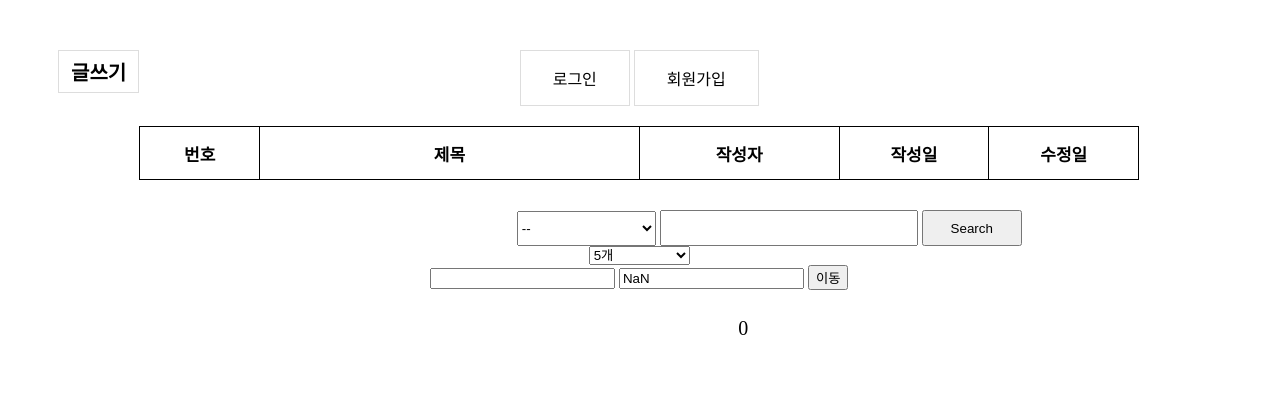
Repository: Shim-YoungDo/gaea-study
Page: http://localhost/study/WEB-INF/views/board/list.jsp
These files come from the project's save history. The page is drawn as it stood at one moment and after the next save; the edit follows.
The browser window is 1280 px wide. The pictures show the whole page.
The page is served by Tomcat 9. Nobody is signed in. Other server files are loaded and not shown. The template is opened directly, without the code that normally fills it, so the values that code supplies are empty.

Above is the page before, as saved 2021-12-13 06:12:01.

### study/src/main/webapp/WEB-INF/views/board/list.jsp
<%@ page language="java" contentType="text/html; charset=UTF-8"
	pageEncoding="UTF-8"%>
<%@ taglib uri="http://java.sun.com/jsp/jstl/core" prefix="c"%>
<%@ taglib prefix="fmt" uri="http://java.sun.com/jsp/jstl/fmt"%>
<!DOCTYPE html>
<html>
<head>
<meta charset="UTF-8">
<title>Insert title here</title>
<link rel="stylesheet" href="/resources/css/board/list.css">
<script src="https://code.jquery.com/jquery-3.4.1.js"
	integrity="sha256-WpOohJOqMqqyKL9FccASB9O0KwACQJpFTUBLTYOVvVU="
	crossorigin="anonymous"></script>
</head>
<body>
	<div class="table_wrap">
		<a href="/board/registeView" class="enroll_btn">글쓰기</a>
		<div class="login_area">
		<!-- 로그인 x -->
		<c:if test="${member==null}">
		<div class="login_button"><a href="/member/login">로그인</a></div>
		<span><a href="/member/join">회원가입</a></span>
		</c:if>

		<!-- 로그인 o -->
		<c:if test="${member != null}">
		<div class="login_success_area">
			<span>이름:${member.memberName}</span>
			<span>아이디:${member.memberID}</span>
			<a href="/member/logout">로그아웃</a>
		</div>
		</c:if>

		<table>
			<thead>
				<tr>
					<th class="bno_width">번호</th>
					<th class="title_width">제목</th>
					<th class="writer_width">작성자</th>
					<th class="regdate_width">작성일</th>
					<th class="updatedate_width">수정일</th>
				</tr>
			</thead>
			<c:forEach items="${list}" var="list">
				<tr>
					<td><c:out value="${list.boardNumber}" /></td>
					<td>
						<a class="move" href='<c:out value="${list.boardNumber}"/>'>
							<c:out value="${list.boardTitle}" />
						</a>
					</td>
					<td>
						<c:out value="${list.boardWriter}" />
					</td>
					<td>
						<fmt:formatDate pattern="yyyy/MM/dd"
							value="${list.boardRegistrationDate}" />
					</td>
					<td>
						<fmt:formatDate pattern="yyyy/MM/dd"
							value="${list.boardUpdateDate}" />
					</td>
				</tr>
			</c:forEach>
		</table>

		<div class="search_wrap">
			<div class="search_area">
				<select name="type">
                <option value="" <c:out value="${pageMake.cri.type == null?'selected':'' }"/>>--</option>
                <option value="T" <c:out value="${pageMake.cri.type eq 'T'?'selected':'' }"/>>제목</option>
                <option value="C" <c:out value="${pageMake.cri.type eq 'C'?'selected':'' }"/>>내용</option>
                <option value="W" <c:out value="${pageMake.cri.type eq 'W'?'selected':'' }"/>>작성자</option>
                <option value="TC" <c:out value="${pageMake.cri.type eq 'TC'?'selected':'' }"/>>제목 + 내용</option>
                <option value="TW" <c:out value="${pageMake.cri.type eq 'TW'?'selected':'' }"/>>제목 + 작성자</option>
                <option value="TCW" <c:out value="${pageMake.cri.type eq 'TCW'?'selected':'' }"/>>제목 + 내용 + 작성자</option>
            </select>
				<input type="text" name="keyword" value="${pageMake.cri.keyword}">
				<button>Search</button>
			</div>
		</div>

		<div class="amount_wrap">
			<div class="amount_area">

					<select name="amount" onchange="selectBoxChange(this.value);">
						<option value="" disabled >=== 선택 ===</option>
						<option value=5 <c:out value="${pageMake.cri.amount == 5?'selected':''}"/>>5개</option>
    					<option value=10 <c:out value="${pageMake.cri.amount == 10?'selected':''}"/>>10개</option>
    					<option value=20 <c:out value="${pageMake.cri.amount == 20?'selected':''}"/>>20개</option>
    					<option value=25 <c:out value="${pageMake.cri.amount == 25?'selected':''}"/>>25개</option>

					</select>

			</div>
		</div>


		<div class="page_select_wrap">
			<div class="page_select_area">
				<input type = "text" pattern="\d" name="pageSelect"<c:out value="${pageMake.cri.pageNum }"/>>
				<input name = "totalPage" readonly="readonly" value = '<c:out value="${pageMake.boardTotal*1/pageMake.cri.amount}"/>'>
				<button>이동</button>
			</div>
		</div>



		<div class="pageInfo_wrap">
			<div class="pageInfo_area">
				<ul id="pageInfo" class="pageInfo">

					<!-- 이전페이지 버튼 -->
					<c:if test="${pageMake.prev}">
						<li class="pageInfo_btn previous"><a href="${pageMake.startPage-1}">이전</a></li>
					</c:if>

					<!-- 각 번호 페이지 버튼 -->
					<c:forEach var="num" begin="${pageMake.startPage}" end="${pageMake.endPage}">
						<li class="pageInfo_btn ${pageMake.cri.pageNum == num ? "active":"" }"><a href="${num}">${num}</a></li>
					</c:forEach>

					<!--
					<form id="pageForm" method="post">
					<select name="amount" id="amount" onchange="selectBoxChange(this.value);">
						<option value="none">=== 선택 ===</option>
						<option value="5">5개</option>
    					<option value="10">10개</option>
    					<option value="20">20개</option>
					</select>
					</form>
					-->

					<!-- 다음페이지 버튼 -->
					<c:if test="${pageMake.next}">
						<li class="pageInfo_btn next"><a href="${pageMake.endPage+1}">다음</a></li>
					</c:if>
				</ul>
			</div>
		</div>

		<form id="moveForm" method="get">
			<input type="hidden" name="pageNum" value="${pageMake.cri.pageNum}">
			<input type="hidden" name="amount" value="${pageMake.cri.amount}">
			<input type="hidden" name="keyword" value="${pageMake.cri.keyword}">
			<input type="hidden" name="type" value="${pageMake.cri.type}">

		</form>
	</div>
</div>
	<script>
		let moveForm = $("#moveForm");
		let pageForm = $("#pageForm");

		$(".move").on("click", function(e) {
			e.preventDefault();
			moveForm.append("<input type='hidden' name='boardNumber' value='"
					+ $(this).attr("href") + "'>"); //<form>내부 boardNumber값을 저장하는 <input>태그 생성
			moveForm.attr("action", "/board/getPage");
			moveForm.submit();
				});

		$(".pageInfo a").on("click", function(e){
			e.preventDefault();
			moveForm.find("input[name='pageNum']").val($(this).attr("href")); //<form>내부 pageNum과 관련된 <input>태그의 value 속성값에 클릭한<a>태그 페이지 번호 삽입
			moveForm.attr("action", "/board/list");
			moveForm.submit();
		});

		/*
		var selectBoxChange = function(value){
			console.log("결과:" +value);
			$.ajax({
				type:"post",
				url:"/board/pageAmount",
				data: "pageAmount=" +value,
				success : function(data){
					alert("성공", +data);
					console.log(data);
				}
			});
		}*/

		/*
		$("#pageForm").change(function(){
			var pageAmount = value;

			$.ajax({
				type:"post",
				url:"/board/pageAmount",
				data: "pageAmount=" +pageAmount,
				success : function(data){
					alert("성공", +data);
					console.log(data);
				}
			});

		});*/


		//검색기능
		$(".search_area button").on("click", function(e){
			e.preventDefault();

			let type = $(".search_area select").val();
			let keyword = $(".search_area input[name='keyword']").val();

			if(!type){
				alert("검색 종류를 선택하세요");
				return false;
			}
			if(!keyword){
				alert("키워드를 입력하세요");
				return false;
			}

			//let val = $("input[name='keyword']").val();
			moveForm.find("input[name='type']").val(type);
			moveForm.find("input[name='keyword']").val(keyword);
			moveForm.find("input[name='pageNum']").val(1);
			moveForm.submit();
		});

		/*
		$("#pageForm").change(function(){
			var pageAmount = value;
			let amount = $(".amount_area select").val();

			pageForm.find("input[name]='amount'").val(amount);
			pageForm.submit();
		});*/

		//화면에 출력될 총 게시글 수 선택
		var selectBoxChange = function(value){

			let amount = $(".amount_area select").val();

			//pageForm.find("input[name]='amount'").val(amount);
			//pageForm.submit();
			moveForm.find("input[name='amount']").val(amount);
			moveForm.find("input[name='pageNum']").val(1);
			moveForm.submit();

			console.log("결과:" +value);
			//alert("성공", +data);
		}

		$(".page_select_area button").on("click",function(){

			let pageNum = $(".page_select_area [name='pageSelect']").val();

			moveForm.find("input[name='pageNum']").val(pageNum);
			moveForm.attr("action", "/board/list");
			moveForm.submit();
		});
	</script>

</body>
</html>

### study/src/main/webapp/resources/css/board/list.css
@charset "UTF-8";
a{
  	text-decoration : none;
  }
  table{
 	border-collapse: collapse;
 	width: 1000px;
 	margin-top : 20px;
 	text-align: center;
  }
  td, th{
  	border : 1px solid black;
  	height: 50px;
  }
  th{
  	font-size : 17px;
  }
  thead{
  	font-weight: 700;
  }
  .table_wrap{
  	margin : 50px 0 0 50px;
  }
  .bno_width{
  	width: 12%;
  }
  .writer_width{
  	width: 20%;
  }
  .regdate_width{
  	width: 15%;
  }
  .updatedate_width{
  	width: 15%;
  }
  .enroll_btn{
    float:left;
  	font-size: 20px;
    padding: 6px 12px;
    background-color: #fff;
    border: 1px solid #ddd;
    font-weight: 600;
  }
  .list_btn{
  	float:center;
  	font-size: 20px;
    padding: 6px 12px;
    background-color: #fff;
    border: 1px solid #ddd;
    font-weight: 600;
  }

  .pageInfo{
      list-style : none;
      display: inline-block;
    margin: 20px 0 0 150px;
  }
  .pageInfo li{
      float: left;
    font-size: 20px;
    margin-left: 18px;
    padding: 7px;
    font-weight: 500;
  }
  .login_area{
	height:30%;
	display:inline-block;
	text-align:center;
}
  .login_button{
  	background-color: #ffffff; /* Green */
    border: 1px solid #ddd;
    color: white;
    padding: 15px 32px;
    text-align: center;
    text-decoration: none;
    display: inline-block;
    font-size: 16px;
  }
  .login_area>span{
	background-color: #ffffff; /* Green */
    border: 1px solid #ddd;
    color: white;
    padding: 15px 32px;
    text-align: center;
    text-decoration: none;
    display: inline-block;
    font-size: 16px;
}

/*로그인 성공 영역*/
.login_success_area{
	width:25%;
	height:30%;
	border:2px solid #7474ad;
	border-radius:15px;
	margin:5% auto;
}
.login_success_area>span{
	display:block;
	text-align:left;
	margin-left:10px
}
.login_success_area>a{
    font-size: 15px;
    font-weight: 900;
    display: inline-block;
    margin-top: 5px;
    background: #e1e5e8;
    width: 82px;
    height: 22px;
    line-height: 22px;
    border-radius: 25px;
    color: #606267;
}

.search_area{
    display: inline-block;
    margin-top: 30px;
    margin-left: 260px;
  }
  .search_area input{
      height: 30px;
    width: 250px;
  }
  .search_area button{
     width: 100px;
    height: 36px;
  }

  .search_area select{
  	height:35px;
  }


 a:link {color:black; text-decoration: none;}
 a:visited {color:black; text-decoration: none;}
 a:hover {color:blue; text-decoration: underline;}
 .active{
 	text-decoration:underline;
 }

After the next save:
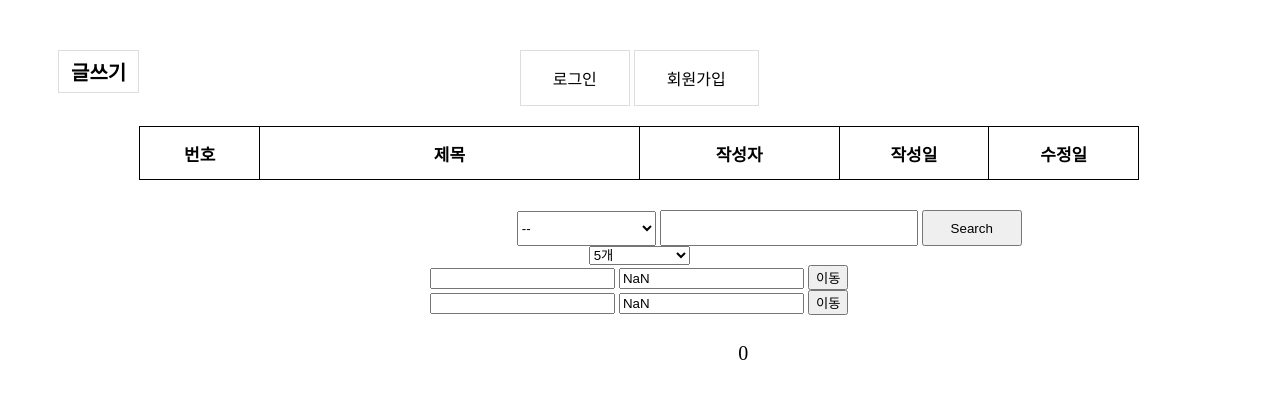
Saved 40 s later.
--- a/study/src/main/webapp/WEB-INF/views/board/list.jsp
+++ b/study/src/main/webapp/WEB-INF/views/board/list.jsp
@@ -104,6 +104,14 @@
 			</div>
 		</div>
 
+		<div class="page_count_wrap">
+			<div class="page_count_area">
+				<input type = "text" pattern="\d" name="pageSelect"<c:out value="${pageMake.cri.pageNum }"/>>
+				<input name = "totalPage" readonly="readonly" value = '<c:out value="${pageMake.boardTotal*1/pageMake.cri.amount}"/>'>
+				<button>이동</button>
+			</div>
+		</div>
+
 
 
 		<div class="pageInfo_wrap">
